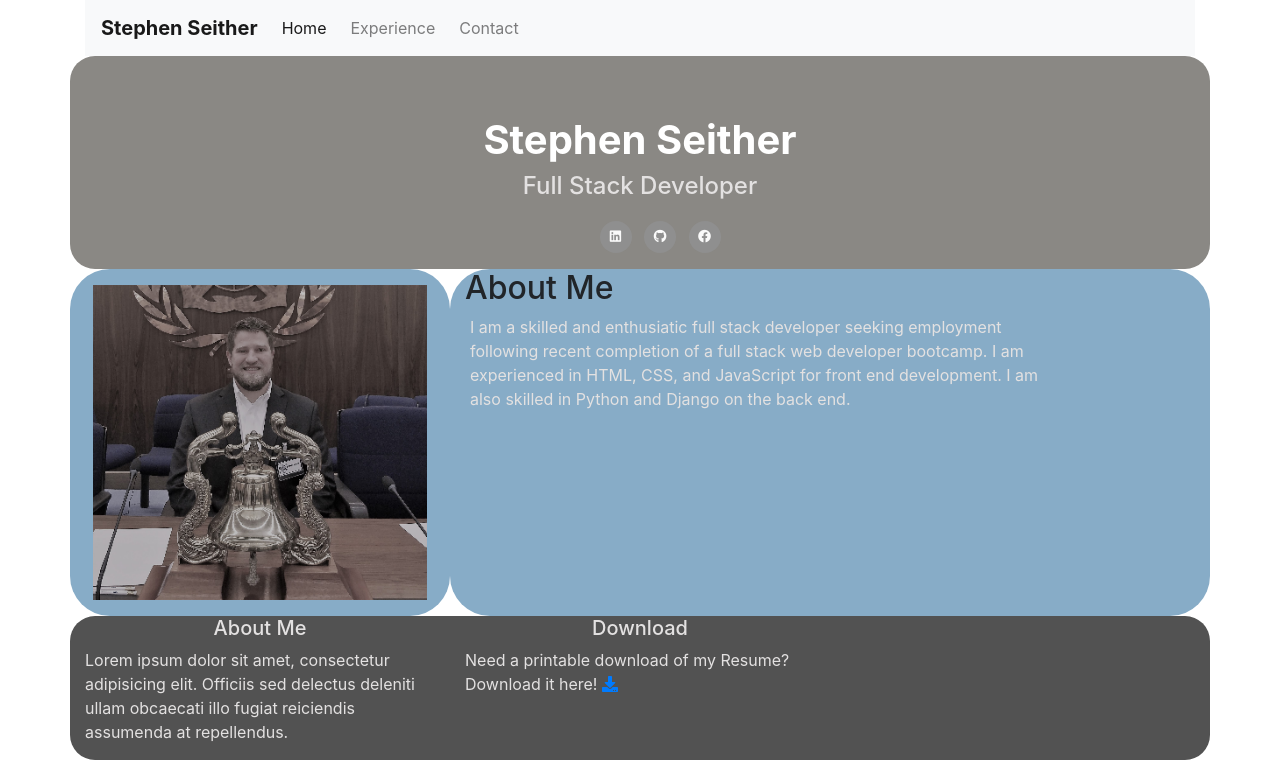
Repository: stephenseither/First-Milestone-Project
Page: index.html
The author's editor kept a record of every edit. The page is drawn from the files as they stood at one moment, then again after the next edit.
The browser window is 1280 px wide. The pictures show the whole page.
Some web libraries are served in a nearby version.

Above is the page before.

After the next edit:
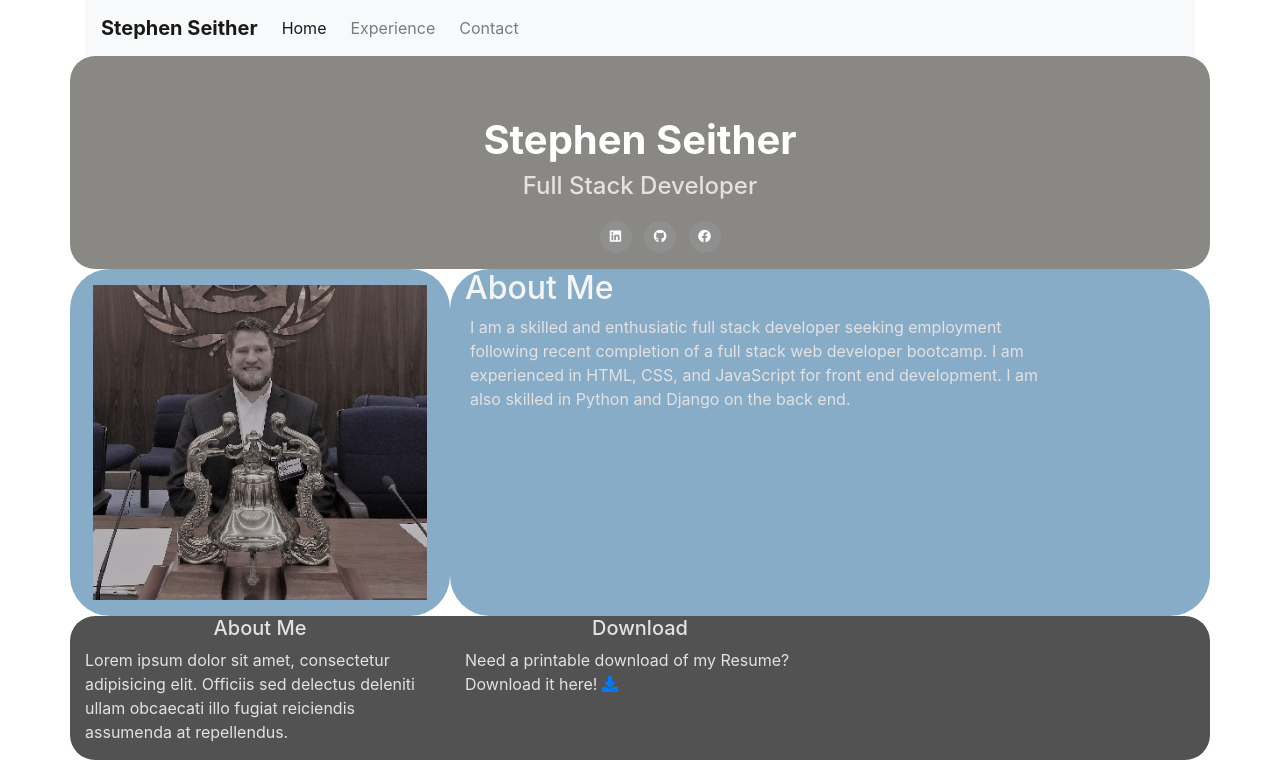
The edit:
--- a/assets/css/style.css
+++ b/assets/css/style.css
@@ -96,6 +96,7 @@
 .about-me {
     border-width: 2px 4px;
     border-radius: 40px;
+    color: #f5f5f5;
 }
 
 .about-me p {
